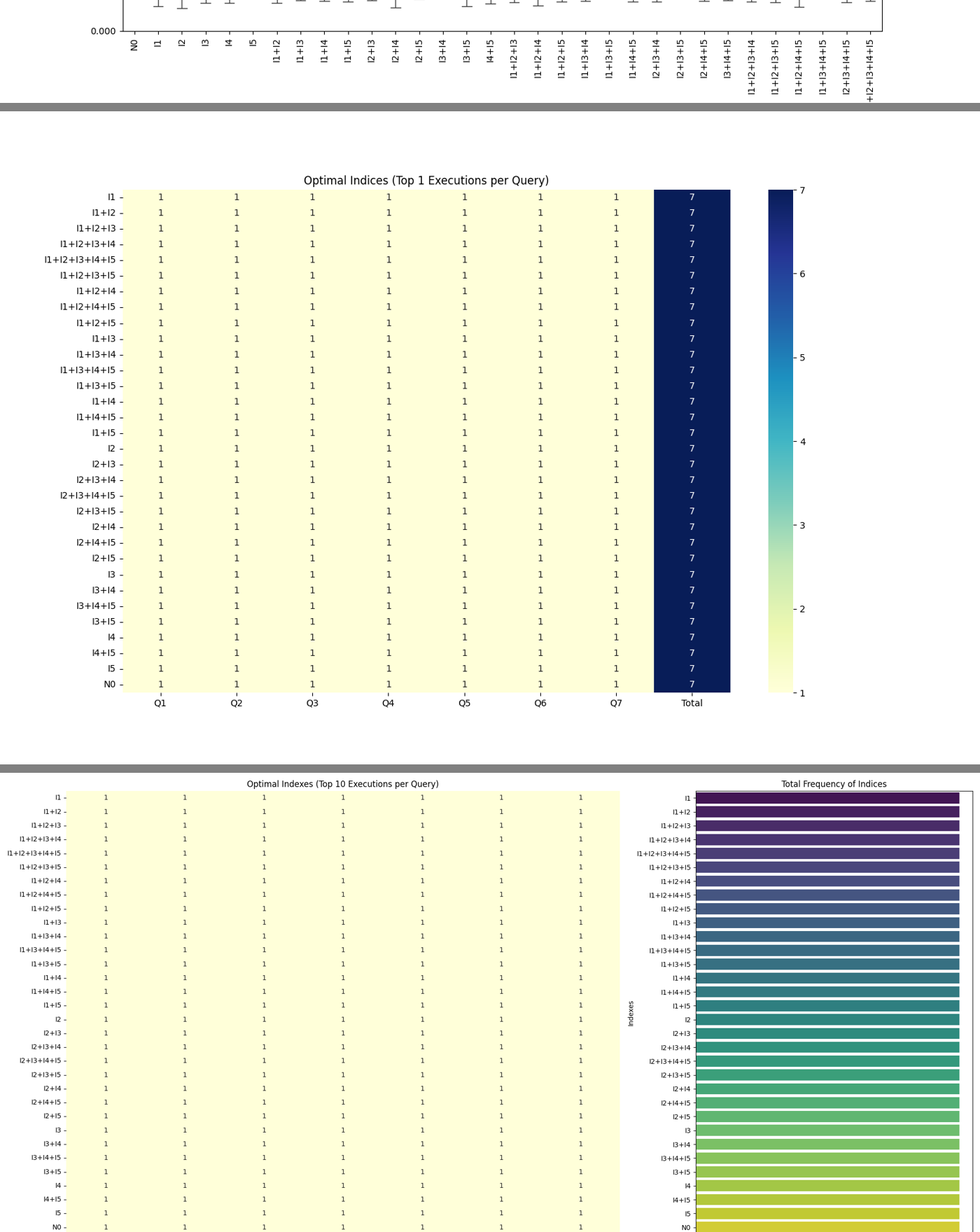
Repository: MarioPasc/Base-de-Datos-Microbiomas
Script's output: python src/mongodb_performance_analysis.py
These files come from the project's save history. The script's output is drawn as it stood at one moment and after a run of saves; the edit follows.
The pictures show rows 1798 to 3558 of an output 3602 px tall, at 70% of full size.
Each picture stacks the figures in order, with grey between them; figures that are only written to a file come last. Figures wider than 1,400 px are first shrunk to that width. Random numbers start from a fixed seed.

Above is the script's output before, as saved 2024-06-08 12:51:10.

### src/mongodb_performance_analysis.py
import pandas as pd
import seaborn as sns
import matplotlib.pyplot as plt
import numpy as np
from scipy.cluster.hierarchy import linkage
from scipy.spatial.distance import pdist
from typing import Any

class MongoDBVisualizer:
    def __init__(self, csv_path: str, figure_path: str):
        self.csv_path = csv_path
        self.figure_path = figure_path
        self.data = self.read_csv()

    def read_csv(self) -> pd.DataFrame:
        """Reads the CSV file and returns a pandas DataFrame."""
        return pd.read_csv(self.csv_path)

    def normalize_data(self, data: pd.DataFrame) -> pd.DataFrame:
        """Normalizes the data to have zero mean and unit variance."""
        return (data - data.mean()) / data.std()

    def plot_clustered_heatmap(self) -> None:
        """Generates and saves a clustered heatmap from the DataFrame."""
        # Reshape the data for heatmap
        melted_data = pd.melt(self.data, id_vars=['Query'], var_name='IndexCombination', value_name='ExecutionTime')
        data_pivot = melted_data.pivot(index='Query', columns='IndexCombination', values='ExecutionTime')

        # Normalize the data
        data_normalized = self.normalize_data(data_pivot)

        # Compute the distance matrix and hierarchical clustering
        dist_matrix = pdist(data_normalized.T, metric='euclidean')
        linkage_matrix = linkage(dist_matrix, method='ward')

        # Plot clustered heatmap
        plt.figure(figsize=(20, 15))
        sns.clustermap(data_normalized, row_cluster=False, col_linkage=linkage_matrix, cmap='viridis')
        plt.savefig(f"{self.figure_path}clustered_heatmap.png")
        plt.close()

    def plot_boxplot(self) -> None:
        """Generates and saves a boxplot for query execution times."""
        melted_data = pd.melt(self.data, id_vars=['Query'], var_name='IndexCombination', value_name='ExecutionTime')

        plt.figure(figsize=(15, 10))
        sns.boxplot(x='IndexCombination', y='ExecutionTime', data=melted_data)
        plt.ylabel("Execution Time (ms)")
        plt.xlabel("Index Combination")
        plt.title("Distribution of Query Execution Times by Index Combination")
        plt.xticks(rotation=90)
        plt.savefig(f"{self.figure_path}boxplot.png")
        plt.close()

    def plot_clustered_heatmap_by_query(self) -> None:
        """Generates and saves a clustered heatmap for each query."""
        queries = self.data['Query'].unique()
        for query in queries:
            data_subset = self.data[self.data['Query'] == query]
            melted_data = pd.melt(data_subset, id_vars=['Query'], var_name='IndexCombination', value_name='ExecutionTime')
            data_pivot = melted_data.pivot(index='IndexCombination', columns='Query', values='ExecutionTime').fillna(0)
            if data_pivot.empty or len(data_pivot.columns) == 0:
                print(f"Skipping query {query} due to insufficient data for heatmap generation.")
                continue
            data_normalized = self.normalize_data(data_pivot)
            dist_matrix = pdist(data_normalized.T, metric='euclidean')
            linkage_matrix = linkage(dist_matrix, method='ward')

            plt.figure(figsize=(20, 15))
            sns.clustermap(data_normalized, row_cluster=False, col_linkage=linkage_matrix, cmap='viridis')
            plt.title(f"Clustered Heatmap for Query: {query}")
            plt.savefig(f"{self.figure_path}clustered_heatmap_{query}.png")
            plt.close()

    def plot_optimal_indices_heatmap(self, n: int = 1) -> None:
        """Finds and plots the optimal indices heatmap."""
        optimal_indices = {query: [] for query in self.data['Query'].unique()}

        for query in optimal_indices.keys():
            query_data = self.data[self.data['Query'] == query]
            top_n_rows = query_data.nsmallest(n, query_data.columns[1:])
            for idx_combination in top_n_rows.columns[1:]:
                optimal_indices[query].extend([idx_combination] * top_n_rows[idx_combination].count())

        # Create a DataFrame for the heatmap
        index_set = sorted(set(idx for indices in optimal_indices.values() for idx in indices))
        heatmap_data = pd.DataFrame(0, index=index_set, columns=optimal_indices.keys())

        for query, indices in optimal_indices.items():
            for idx in indices:
                heatmap_data.at[idx, query] += 1

        heatmap_data['Total'] = heatmap_data.sum(axis=1)

        plt.figure(figsize=(15, 10))
        sns.heatmap(heatmap_data, annot=True, cmap='YlGnBu')
        plt.title(f"Optimal Indices (Top {n} Executions per Query)")
        plt.savefig(f"{self.figure_path}optimal_indices_heatmap.png")
        plt.close()

    def plot_optimal_indices_heatmap_and_freq(self, n: int = 10) -> None:
        """Finds and plots the optimal indices heatmap and their frequencies."""
        optimal_indices = {query: [] for query in self.data['Query'].unique()}

        for query in optimal_indices.keys():
            query_data = self.data[self.data['Query'] == query]
            top_n_rows = query_data.nsmallest(n, query_data.columns[1:])
            for idx_combination in top_n_rows.columns[1:]:
                optimal_indices[query].extend([idx_combination] * top_n_rows[idx_combination].count())

        # Create a DataFrame for the heatmap
        index_set = sorted(set(idx for indices in optimal_indices.values() for idx in indices))
        heatmap_data = pd.DataFrame(0, index=index_set, columns=optimal_indices.keys())

        for query, indices in optimal_indices.items():
            for idx in indices:
                heatmap_data.at[idx, query] += 1

        # Calculate the total frequency for the bar plot
        total_counts = heatmap_data.sum(axis=1)

        # Plotting
        fig, axes = plt.subplots(ncols=2, figsize=(20, 10), gridspec_kw={'width_ratios': [2, 1]})

        # Heatmap
        sns.heatmap(heatmap_data, annot=True, cmap='YlGnBu', cbar=False, ax=axes[0])
        axes[0].set_title(f"Optimal Indexes (Top {n} Executions per Query)")

        # Bar plot
        sns.barplot(x=total_counts.values, y=total_counts.index, palette='viridis', ax=axes[1])
        axes[1].set_xlabel('Total Frequency')
        axes[1].set_ylabel('Indexes')
        axes[1].set_title('Total Frequency of Indices')

        plt.tight_layout()
        plt.savefig(f"{self.figure_path}optimal_indices_heatmap_top_{n}.png")
        plt.close()

if __name__ == "__main__":
    csv_path = "./query_optimization/mongodb/encoded_performance_mongodb.csv"
    figure_path = "./query_optimization/mongodb/figures/"

    visualizer = MongoDBVisualizer(csv_path, figure_path)
    visualizer.plot_clustered_heatmap()
    visualizer.plot_boxplot()
    #visualizer.plot_clustered_heatmap_by_query()
    visualizer.plot_optimal_indices_heatmap()
    visualizer.plot_optimal_indices_heatmap_and_freq()
    print(f"Visualizations saved to {figure_path}")

### query_optimization/mongodb/encoded_performance_mongodb.csv
Query,N0,I1,I2,I3,I4,I5,I1+I2,I1+I3,I1+I4,I1+I5,I2+I3,I2+I4,I2+I5,I3+I4,I3+I5,I4+I5,I1+I2+I3,I1+I2+I4,I1+I2+I5,I1+I3+I4,I1+I3+I5,I1+I4+I5,I2+I3+I4,I2+I3+I5,I2+I4+I5,I3+I4+I5,I1+I2+I3+I4,I1+I2+I3+I5,I1+I2+I4+I5,I1+I3+I4+I5,I2+I3+I4+I5,I1+I2+I3+I4+I5
Q1,0.0171870787938435,0.0166597048441569,0.019570517539978,0.0188737630844116,0.0168285051981608,0.0160911242167154,0.0174763282140096,0.016244109471639,0.0173590183258056,0.0169713020324707,0.0188173055648803,0.0165420373280843,0.017950701713562,0.018639858563741,0.0169634977976481,0.0168760061264038,0.0164188067118326,0.0174196561177571,0.0175342639287312,0.0166517416636149,0.0166786829630533,0.0180223067601521,0.0165496190388997,0.0166249434153238,0.0172844568888346,0.0175774176915486,0.0166697104771931,0.0173158725102742,0.0165777842203776,0.0170260985692342,0.017582615216573,0.0172376155853271
Q2,0.0202913045883178,0.0201337655385335,0.0229101816813151,0.0197935104370117,0.0190424044926961,0.0201378901799519,0.0209754149119059,0.0202706734339396,0.0209790786107381,0.0198676029841105,0.0193624416987101,0.0184972445170084,0.0197612285614013,0.0195920864741007,0.0213141838709513,0.0199658711751302,0.0185901244481404,0.0192203044891357,0.0202845176060994,0.0195573488871256,0.0206021467844645,0.0198250214258829,0.0207202990849812,0.0202615817387898,0.019115662574768,0.0202669938405354,0.0210338195164998,0.0213237365086873,0.018971316019694,0.0198334614435831,0.0215646664301554,0.0202160596847534
Q3,0.0103489319483439,0.009252913792928,0.0094699939092,0.0080533027648925,0.0090797106424967,0.0090553363164265,0.0087488333384195,0.0084787368774414,0.0084441661834716,0.0080045859018961,0.0089636484781901,0.008458932240804,0.0087213993072509,0.0081637700398763,0.0084682385126749,0.0087494691212972,0.0081672588984171,0.0083915392557779,0.009373132387797,0.0082295894622802,0.0085943142573038,0.0085087776184082,0.0081977208455403,0.0080229918162028,0.0084575573603312,0.0086776574452718,0.0085570335388183,0.0078848044077555,0.0083778381347656,0.0080569346745808,0.0087580442428588,0.0075566927591959
Q4,0.0052764336268107,0.005096157391866,0.004963199297587,0.0058500210444132,0.0054617643356323,0.0052923281987508,0.0057473341623942,0.0058453559875488,0.0049451907475789,0.0050311088562011,0.0053280671437581,0.0050720532735188,0.0053344249725341,0.0049728075663248,0.0055120070775349,0.0052457014719645,0.0055508772532145,0.0049315214157104,0.0050026973088582,0.0051249583562215,0.0053248325983683,0.0052436272303263,0.0053405920664469,0.0050527969996134,0.0057712395985921,0.0051617781321207,0.0058906078338623,0.0058046499888102,0.0055755217870076,0.005184801419576,0.0051876544952392,0.0050548473993937
Q5,0.0192794879277547,0.0189371267954508,0.0221199909845987,0.0200760285059611,0.0184231599171956,0.0195751984914143,0.0215197642644246,0.0189880530039469,0.0189752578735351,0.0206308285395304,0.0189277013142903,0.0193868160247802,0.0192113637924194,0.0184633493423461,0.0189873456954956,0.019189715385437,0.0196736176808675,0.0188366095225016,0.0200003782908121,0.0195109526316324,0.0202297449111938,0.0197605609893798,0.0195208311080932,0.0194812536239624,0.0190650622049967,0.0189416249593098,0.0188775777816772,0.0199239015579223,0.0209136486053466,0.0184786160786946,0.0205350081125895,0.0203405539194742
Q6,0.032381264368693,0.0367469946543375,0.0345598300298055,0.0313872973124186,0.0312776327133178,0.0345215320587158,0.0310142676035563,0.0302903254826863,0.0352369467417399,0.0320353905359903,0.0303392171859741,0.0341316620508829,0.0383991638819376,0.0351443290710449,0.033659545580546,0.0334518750508626,0.0313036600748697,0.034253438313802,0.0340303341547648,0.0310792128245035,0.0332194487253824,0.0341253916422526,0.0308916012446085,0.0333863735198974,0.0335926294326782,0.0302824258804321,0.0306363185246785,0.0328101793924967,0.0368770996729532,0.0316742340723673,0.0337555329004923,0.0314057747522989
Q7,0.0026571194330851,0.0019714434941609,0.0018230120340983,0.0022459745407104,0.0022530237833658,0.0025852044423421,0.0022587378819783,0.0024652242660522,0.0023940722147623,0.0023515303929646,0.0024545113245646,0.0018740018208821,0.0025802135467529,0.0025816122690836,0.0019968827565511,0.0021923780441284,0.0022872368494669,0.0020123084386189,0.0023708979288736,0.0024224201838175,0.0027479330698649,0.0023674805959065,0.002329929669698,0.0027343988418579,0.0023794492085774,0.0024627049763997,0.0023510853449503,0.0022699991861979,0.0019165674845377,0.0027386426925659,0.0022787968317667,0.002387269337972

After the next 3 saves:
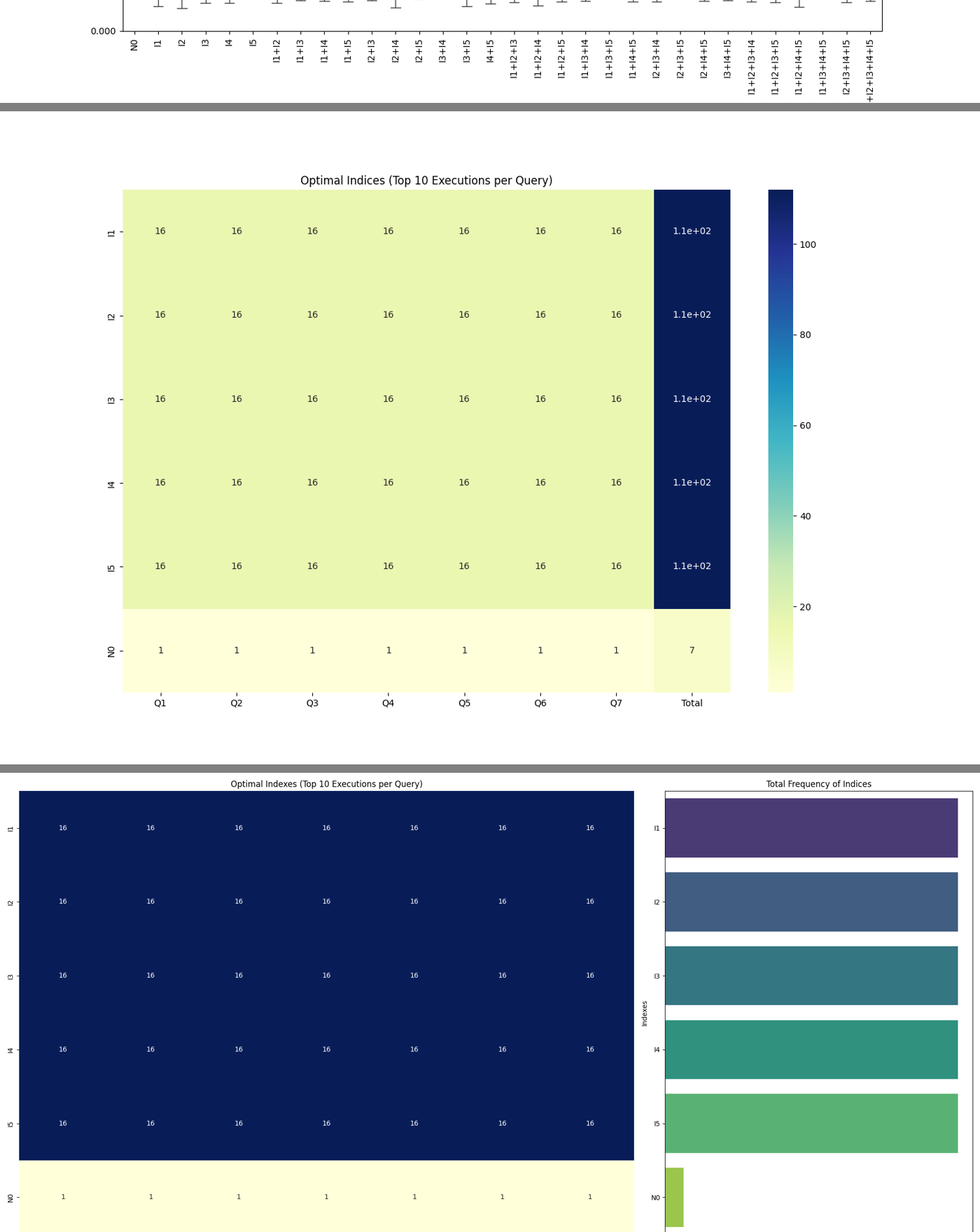
The 3 saves are shown as one change because 1 did not build or start and some came seconds apart.
The last was saved 3 min 39 s later.
--- a/src/mongodb_performance_analysis.py
+++ b/src/mongodb_performance_analysis.py
@@ -72,7 +72,7 @@ class MongoDBVisualizer:
             plt.savefig(f"{self.figure_path}clustered_heatmap_{query}.png")
             plt.close()
 
-    def plot_optimal_indices_heatmap(self, n: int = 1) -> None:
+    def plot_optimal_indices_heatmap(self, n: int = 10) -> None:
         """Finds and plots the optimal indices heatmap."""
         optimal_indices = {query: [] for query in self.data['Query'].unique()}
 
@@ -80,7 +80,7 @@ class MongoDBVisualizer:
             query_data = self.data[self.data['Query'] == query]
             top_n_rows = query_data.nsmallest(n, query_data.columns[1:])
             for idx_combination in top_n_rows.columns[1:]:
-                optimal_indices[query].extend([idx_combination] * top_n_rows[idx_combination].count())
+                optimal_indices[query].extend(idx_combination.split('+') * top_n_rows[idx_combination].count())
 
         # Create a DataFrame for the heatmap
         index_set = sorted(set(idx for indices in optimal_indices.values() for idx in indices))
@@ -95,7 +95,7 @@ class MongoDBVisualizer:
         plt.figure(figsize=(15, 10))
         sns.heatmap(heatmap_data, annot=True, cmap='YlGnBu')
         plt.title(f"Optimal Indices (Top {n} Executions per Query)")
-        plt.savefig(f"{self.figure_path}optimal_indices_heatmap.png")
+        plt.savefig(f"{self.figure_path}optimal_indices_heatmap_top_{n}.png")
         plt.close()
 
     def plot_optimal_indices_heatmap_and_freq(self, n: int = 10) -> None:
@@ -106,7 +106,7 @@ class MongoDBVisualizer:
             query_data = self.data[self.data['Query'] == query]
             top_n_rows = query_data.nsmallest(n, query_data.columns[1:])
             for idx_combination in top_n_rows.columns[1:]:
-                optimal_indices[query].extend([idx_combination] * top_n_rows[idx_combination].count())
+                optimal_indices[query].extend(idx_combination.split('+') * top_n_rows[idx_combination].count())
 
         # Create a DataFrame for the heatmap
         index_set = sorted(set(idx for indices in optimal_indices.values() for idx in indices))
